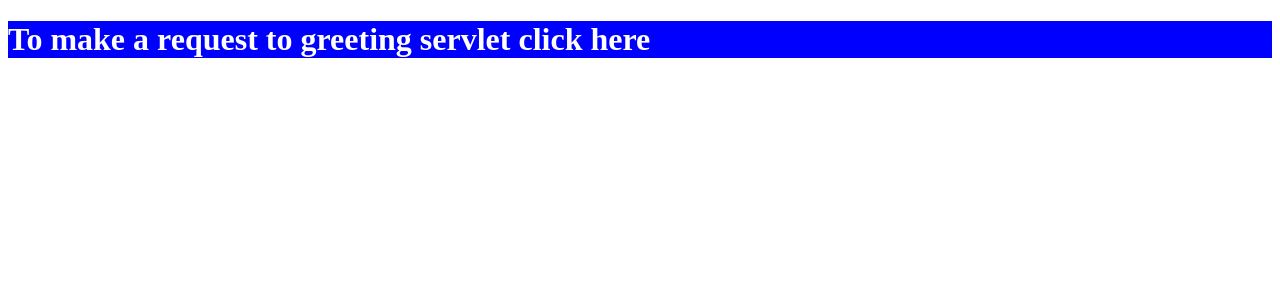
Repository: AkshayBorate/webJava
Page: web_projectservlet/src/main/webapp/greeting.html
These files come from the project's save history. The page is drawn as it stood at one moment and after the next save; the edit follows.
The browser window is 1280 px wide. The pictures show the whole page.

Above is the page before, as saved 2024-11-28 06:05:56.

After the next save:
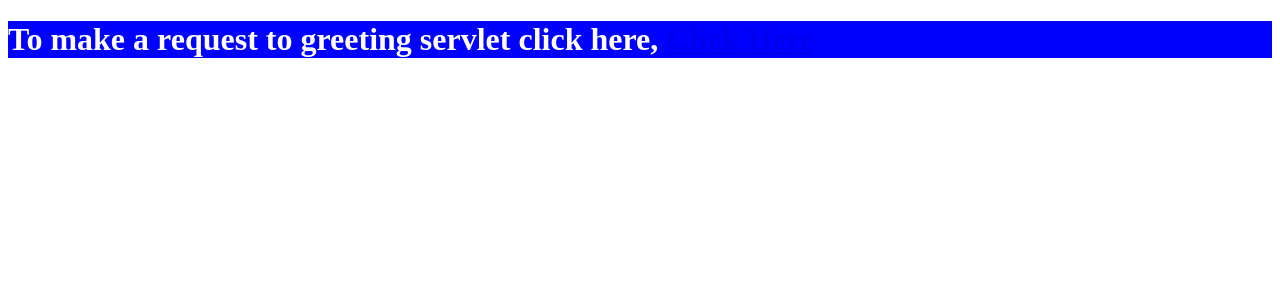
Saved 72 s later.
--- a/web_projectservlet/src/main/webapp/greeting.html
+++ b/web_projectservlet/src/main/webapp/greeting.html
@@ -3,6 +3,7 @@
 
 <body>
   <h1 style="color:white;background-color: blue">
-  To make a request to greeting servlet click here</h1>
+  To make a request to greeting servlet click here,
+  <a href="greet">Click Here</a></h1>
 </body>
 </html>
